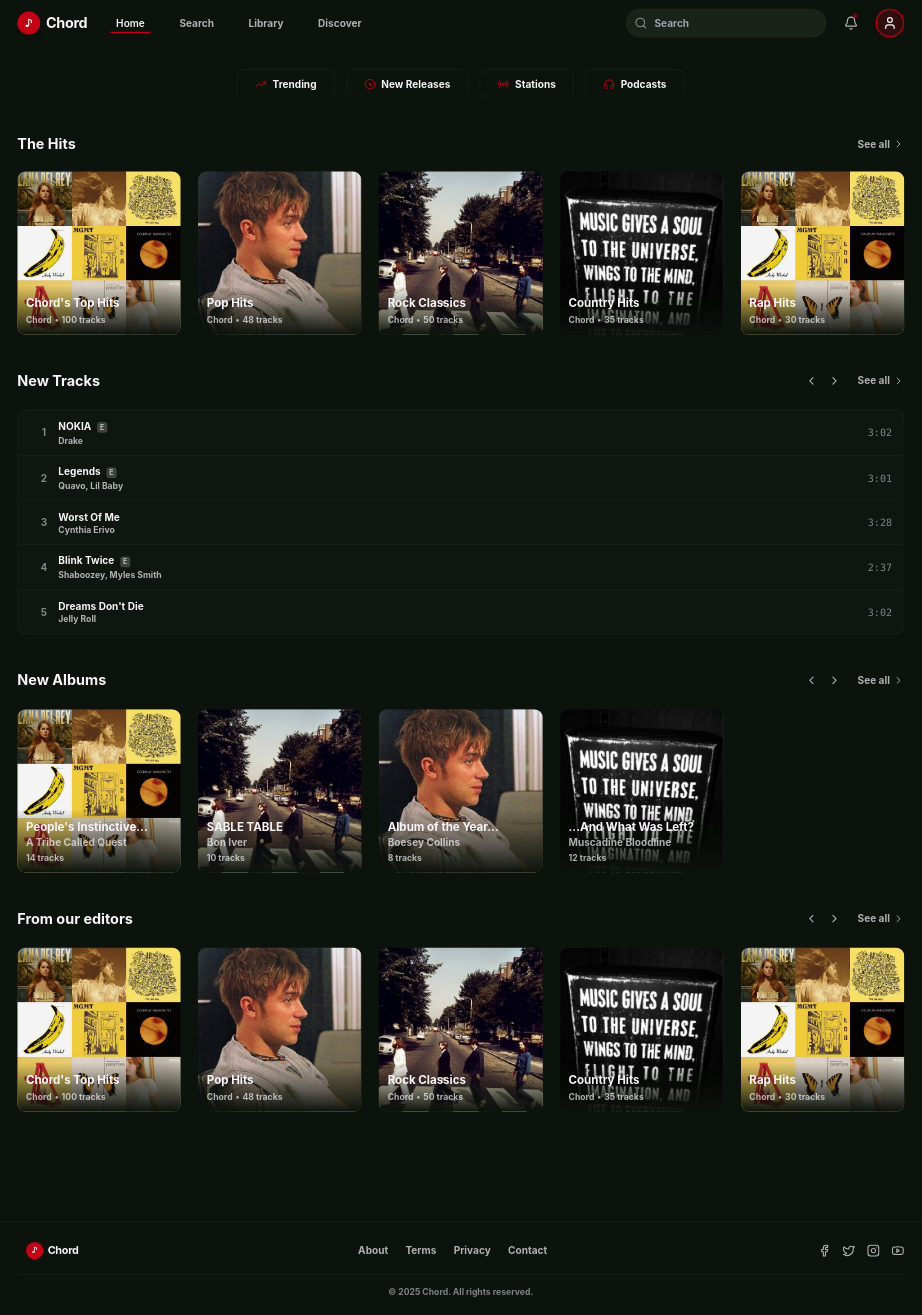
Repository: abhiijay/music-streaming-site
Page: /
These files come from the project's save history. The page is drawn as it stood at one moment and after the next save; the edit follows.
The browser window is 1280 px wide. The pictures show the whole page, at 72% of full size.
The project was rebuilt for these pictures with package versions that can differ from the ones it lists, and the page was loaded fresh each time. Also part of the build but not shown: vite.config.ts, src/components/ui/slider.tsx, src/components/now-playing.tsx, src/components/mini-player.tsx, src/pages/NotFound.tsx, src/hooks/use-toast.ts, src/components/ui/separator.tsx, src/pages/login.tsx and 17 more.

Above is the page before, as saved 2025-04-15 21:21:36.

### index.html
<!DOCTYPE html>
<html lang="en">
  <head>
    <meta charset="UTF-8" />
    <meta name="viewport" content="width=device-width, initial-scale=1.0" />
    <title>chord-blueprint-project</title>
    <meta name="description" content="Lovable Generated Project" />
    <meta name="author" content="Lovable" />

    <meta property="og:title" content="chord-blueprint-project" />
    <meta property="og:description" content="Lovable Generated Project" />
    <meta property="og:type" content="website" />
    <meta property="og:image" content="https://lovable.dev/opengraph-image-p98pqg.png" />

    <meta name="twitter:card" content="summary_large_image" />
    <meta name="twitter:site" content="@lovable_dev" />
    <meta name="twitter:image" content="https://lovable.dev/opengraph-image-p98pqg.png" />
  </head>

  <body>
    <div id="root"></div>
    <!-- IMPORTANT: DO NOT REMOVE THIS SCRIPT TAG OR THIS VERY COMMENT! -->
    <script src="https://cdn.gpteng.co/gptengineer.js" type="module"></script>
    <script type="module" src="/src/main.tsx"></script>
  </body>
</html>

### src/App.tsx

import { Routes, Route } from "react-router-dom";
import Index from "./pages/Index";
import NotFound from "./pages/NotFound";
import Login from "./pages/login";
import Album from "./pages/album";
import Playlist from "./pages/playlist";
import Collection from "./pages/collection";
import ForYou from "./pages/for-you";
import Explore from "./pages/explore";
import Search from "./pages/search";
import Notifications from "./pages/notifications";
import Artist from "./pages/artist";
import Profile from "./pages/profile";
import ViewAllPlaylists from "./pages/view-all-playlists";
import ViewAllAlbums from "./pages/view-all-albums";
import { PlayerProvider } from "./contexts/PlayerContext";
import "./index.css";

function App() {
  return (
    <PlayerProvider>
      <Routes>
        <Route path="/" element={<Index />} />
        <Route path="/login" element={<Login />} />
        <Route path="/album/:id" element={<Album />} />
        <Route path="/playlist/:id" element={<Playlist />} />
        <Route path="/collection" element={<Collection />} />
        <Route path="/collection/playlists" element={<Collection />} />
        <Route path="/collection/favorites" element={<Collection />} />
        <Route path="/for-you" element={<ForYou />} />
        <Route path="/explore" element={<Explore />} />
        <Route path="/search" element={<Search />} />
        <Route path="/notifications" element={<Notifications />} />
        <Route path="/artist/:id" element={<Artist />} />
        <Route path="/profile" element={<Profile />} />
        <Route path="/playlists" element={<ViewAllPlaylists />} />
        <Route path="/albums" element={<ViewAllAlbums />} />
        <Route path="*" element={<NotFound />} />
      </Routes>
    </PlayerProvider>
  );
}

export default App;

### src/index.css

@tailwind base;
@tailwind components;
@tailwind utilities;

@layer base {
  :root {
    /* Dark theme variables based on updated Chord palette */
    --background: #02020B; /* dark black */
    --foreground: #FFFFFF; /* bright white for contrast */

    --accent: #FF9F1C; /* golden-yellow */

    /* UI component variables */
    --card: #02020B;
    --card-foreground: #FFFFFF;

    --popover: #02020B;
    --popover-foreground: #FFFFFF;

    --primary: #FF9F1C;
    --primary-foreground: #02020B;

    --secondary: #1E1E1E;
    --secondary-foreground: #FFFFFF;

    --muted: #1E1E1E;
    --muted-foreground: #B3B3B3;

    --accent-hover: #e68c15;
    --accent-foreground: #02020B;

    --destructive: #FF4C4C;
    --destructive-foreground: #FFFFFF;

    --border: #2A2A2A;
    --input: #2A2A2A;
    --ring: #FF9F1C;

    --radius: 0.75rem;

    /* Chord brand colors */
    --chord-bg: #02020B;
    --chord-yellow: #FF9F1C;
    --chord-text: #FFFFFF;
    --chord-hover: #1A1A1A;
    --chord-active: #FF9F1C;
  }
}

@layer base {
  * {
    @apply border-border;
  }

  body {
    @apply bg-background text-foreground transition-colors duration-500;
    font-feature-settings: "rlig" 1, "calt" 1;
    font-family: 'Inter', -apple-system, BlinkMacSystemFont, 'Segoe UI', Roboto, sans-serif;
    overflow-x: hidden;
    font-weight: 500;
  }

  /* Smooth scrolling */
  html {
    scroll-behavior: smooth;
  }

  /* Button transitions */
  button {
    @apply transition-all duration-200;
  }

  /* Page transitions */
  .page-transition-enter {
    @apply opacity-0;
  }
  .page-transition-enter-active {
    @apply opacity-100 transition-opacity duration-300;
  }
  .page-transition-exit {
    @apply opacity-100;
  }
  .page-transition-exit-active {
    @apply opacity-0 transition-opacity duration-300;
  }

  /* Bold typography */
  h1, h2, h3, h4, h5, h6 {
    @apply font-bold text-[#F8F4F9];
  }

  p, span, a, button, input, textarea {
    @apply font-bold;
  }
}

@layer utilities {
  /* Text colors for Chord */
  .text-chord-text {
    color: #F8F4F9;
  }

  .text-chord-red {
    color: #C20114;
  }

  /* Background colors for Chord */
  .bg-chord-bg {
    background-color: #0C120C;
  }

  .bg-chord-red {
    background-color: #C20114;
  }

  .bg-chord-hover {
    background-color: #1a231a;
  }

  /* Track card hover effects */
  .track-card:hover .play-button {
    opacity: 1;
    transform: translateY(0);
  }

  .playlist-item:hover {
    @apply bg-[#1a231a];
  }

  /* Custom scrollbar */
  .scrollbar-thin {
    scrollbar-width: thin;
  }

  .scrollbar-thin::-webkit-scrollbar {
    width: 4px;
  }

  .scrollbar-thin::-webkit-scrollbar-track {
    background: #1a231a;
  }

  .scrollbar-thin::-webkit-scrollbar-thumb {
    background: #555;
    border-radius: 4px;
  }

  .scrollbar-thin::-webkit-scrollbar-thumb:hover {
    background: #777;
  }

  /* Glassmorphism */
  .glass {
    @apply bg-black/30 backdrop-blur-md border border-white/10;
  }

  .glass-card {
    @apply bg-black/20 backdrop-blur-lg border border-white/10 rounded-2xl shadow-lg;
  }

  /* Hover lift effect with parallax */
  .hover-lift {
    @apply transition-transform duration-300 hover:-translate-y-1 hover:shadow-lg;
  }

  .parallax-effect {
    @apply transition-transform duration-300 transform-gpu;
    transform-style: preserve-3d;
  }

  .parallax-element {
    @apply transition-transform duration-300;
    will-change: transform;
  }

  .parallax-container:hover .parallax-element {
    transform: translateY(-5px) scale(1.02);
  }

  /* Button hover effects */
  .btn-hover-glow {
    @apply transition-all duration-300;
  }

  .btn-hover-glow:hover {
    @apply shadow-[0_0_15px_rgba(194,1,20,0.5)];
  }

  /* Ripple effect */
  .ripple {
    @apply absolute bg-white/30 rounded-full pointer-events-none;
    transform-origin: center;
  }

  /* Waveform animation container */
  .waveform-container {
    @apply flex items-end h-10 gap-[2px];
  }

  .waveform-bar {
    @apply w-1 rounded-sm bg-[#C20114];
    animation: wave 1.2s ease-in-out infinite;
  }

  .waveform-bar:nth-child(2n) {
    animation-delay: 0.2s;
  }

  .waveform-bar:nth-child(3n) {
    animation-delay: 0.4s;
  }

  .waveform-bar:nth-child(4n) {
    animation-delay: 0.6s;
  }

  .waveform-bar:nth-child(5n) {
    animation-delay: 0.8s;
  }

  /* Ambient background effects */
  .ambient-gradient {
    @apply absolute inset-0 opacity-50 pointer-events-none;
    background: radial-gradient(circle at 30% 50%, rgba(194,1,20,0.15) 0%, transparent 70%),
                radial-gradient(circle at 70% 70%, rgba(194,1,20,0.1) 0%, transparent 70%);
    filter: blur(50px);
    z-index: -1;
  }

  /* Dynamic color classes */
  .dynamic-background {
    transition: background-color 0.7s ease-in-out, color 0.7s ease-in-out;
  }

  /* Album cover context-aware text */
  .album-text-shadow {
    text-shadow: 0 1px 3px rgba(0,0,0,0.6);
  }

  /* Tooltip */
  .tooltip {
    @apply invisible absolute bg-[#121d12] text-[#F8F4F9] text-xs py-1 px-2 rounded opacity-0 transition-opacity duration-200 z-50 whitespace-nowrap;
    bottom: 100%;
    left: 50%;
    transform: translateX(-50%);
    margin-bottom: 5px;
  }

  .tooltip::after {
    content: "";
    @apply absolute border-[5px] border-transparent border-t-[#121d12];
    top: 100%;
    left: 50%;
    transform: translateX(-50%);
  }

  .tooltip-container:hover .tooltip {
    @apply visible opacity-100;
  }

  /* Chord-themed action buttons */
  .chord-action-btn {
    @apply transition-all duration-300 rounded-full flex items-center justify-center bg-[#C20114] text-[#F8F4F9] hover:bg-[#9a0110] hover:shadow-[0_0_15px_rgba(194,1,20,0.3)];
  }

  /* Chord secondary buttons */
  .chord-secondary-btn {
    @apply transition-all duration-300 border rounded-full flex items-center justify-center border-white/20 text-[#F8F4F9] hover:border-white hover:bg-white/5;
  }

  /* Theme-specific album card styles */
  .album-card {
    @apply rounded-md overflow-hidden transition-all duration-300 bg-[#121d12]/40 hover:bg-[#121d12]/60 border border-white/5;
  }

  /* Dynamic player background with album colors */
  .player-dynamic-bg {
    @apply bg-opacity-85 backdrop-blur-md transition-colors duration-700 text-[#F8F4F9];
  }

  /* Album art hover effects */
  .album-art-container {
    @apply overflow-hidden rounded-md relative;
  }

  .album-art {
    @apply transition-all duration-300 w-full h-full object-cover;
  }

  .album-art-container:hover .album-art {
    @apply scale-105;
  }

  /* Active navigation indicator */
  .nav-active {
    @apply relative font-semibold text-[#F8F4F9];
  }

  .nav-active::after {
    content: '';
    @apply absolute bottom-0 left-0 w-full h-0.5 bg-[#C20114] rounded-full;
  }

  /* Profile icon */
  .profile-icon {
    @apply rounded-full border-2 border-[#C20114]/80 shadow-sm hover:shadow-[#C20114]/30 transition-all duration-300;
  }

  @keyframes pulse {
    0% { opacity: 0.6; transform: translate(-50%, 0) scale(0.8); }
    50% { opacity: 1; transform: translate(-50%, 0) scale(1.2); }
    100% { opacity: 0.6; transform: translate(-50%, 0) scale(0.8); }
  }
}

/* Add Inter font */
@import url('https://fonts.googleapis.com/css2?family=Inter:wght@400;500;600;700&display=swap');

### src/components/layout.tsx

import { ReactNode, useState, useEffect } from "react";
import Header from "./header";
import NowPlaying from "./now-playing";
import { cn } from "@/lib/utils";
import MiniPlayer from "./mini-player";
import AmbientBackground from "./ambient-background";
import { Toaster } from "sonner";
import RippleEffect from "./ripple-effect";
import Footer from "./footer";
import { extractDominantColor } from "@/utils/colorUtils";
import { usePlayer } from "@/contexts/PlayerContext";
import { useLocation } from "react-router-dom";

interface LayoutProps {
  children: ReactNode;
  pageColor?: string; // For page-specific theming
}

const Layout = ({ children, pageColor }: LayoutProps) => {
  const [isScrolled, setIsScrolled] = useState(false);
  const [showMiniPlayer, setShowMiniPlayer] = useState(false);
  const [dominantColor, setDominantColor] = useState<string | undefined>(pageColor);
  const { currentSong } = usePlayer();
  const location = useLocation();
  const isHomePage = location.pathname === "/";

  // Extract dominant color from current song if available
  useEffect(() => {
    if (currentSong?.imageUrl) {
      extractDominantColor(currentSong.imageUrl)
        .then(color => {
          setDominantColor(color);
        })
        .catch(err => {
          console.error("Error extracting color:", err);
        });
    } else if (pageColor) {
      setDominantColor(pageColor);
    }
  }, [currentSong, pageColor]);

  useEffect(() => {
    const handleScroll = () => {
      if (window.scrollY > 300) {
        setShowMiniPlayer(true);
        setIsScrolled(true);
      } else {
        setShowMiniPlayer(false);
        setIsScrolled(false);
      }
    };

    window.addEventListener("scroll", handleScroll);
    return () => window.removeEventListener("scroll", handleScroll);
  }, []);

  return (
    <div className="min-h-screen text-chord-text flex flex-col bg-chord-bg">
      {/* Ambient background with enhanced visuals */}
      <AmbientBackground accentColor={dominantColor} />

      {/* Ripple effect for buttons */}
      <RippleEffect color="rgba(194, 1, 20, 0.3)" />

      {/* Toast notifications */}
      <Toaster
        position="top-right"
        closeButton
        className="z-[100]"
      />

      {/* Header */}
      <Header isScrolled={isScrolled} />

      {/* Main content */}
      <main className="pt-16 pb-20 transition-all duration-300 flex-grow">
        <div className="container mx-auto py-6 px-6 animate-fade-in">
          {children}
        </div>
      </main>

      {/* Footer */}
      <Footer />

      {/* Fixed mini player */}
      {showMiniPlayer && <MiniPlayer />}

      {/* Main player */}
      <NowPlaying dominantColor={dominantColor} />
    </div>
  );
};

export default Layout;

### src/components/section-header.tsx

import { Link } from "react-router-dom";
import { ChevronRight, ChevronLeft, ChevronRightIcon } from "lucide-react";
import { cn } from "@/lib/utils";

interface SectionHeaderProps {
  title: string;
  seeAllLink?: string;
  showControls?: boolean;
  className?: string;
}

const SectionHeader = ({
  title,
  seeAllLink,
  showControls = false,
  className,
}: SectionHeaderProps) => {
  return (
    <div
      className={cn(
        "flex items-center justify-between mb-6",
        className
      )}
    >
      <h2 className="text-lg md:text-xl font-bold text-chord-text">
        {title}
      </h2>

      <div className="flex items-center">
        {showControls && (
          <div className="hidden md:flex items-center mr-4">
            <button
              className="w-8 h-8 rounded-full flex items-center justify-center text-chord-text/70 hover:text-chord-text hover:bg-white/5 transition-all duration-200"
              aria-label="Previous"
            >
              <ChevronLeft size={18} />
            </button>
            <button
              className="w-8 h-8 rounded-full flex items-center justify-center text-chord-text/70 hover:text-chord-text hover:bg-white/5 transition-all duration-200"
              aria-label="Next"
            >
              <ChevronRight size={18} />
            </button>
          </div>
        )}

        {seeAllLink && (
          <Link
            to={seeAllLink}
            className="text-sm font-bold text-chord-text/70 hover:text-chord-red flex items-center transition-colors duration-200"
          >
            See all
            <ChevronRightIcon size={16} className="ml-1" />
          </Link>
        )}
      </div>
    </div>
  );
};

export default SectionHeader;

### src/components/ui/button.tsx
import * as React from "react"
import { Slot } from "@radix-ui/react-slot"
import { cva, type VariantProps } from "class-variance-authority"

import { cn } from "@/lib/utils"

const buttonVariants = cva(
  "inline-flex items-center justify-center gap-2 whitespace-nowrap rounded-md text-sm font-medium ring-offset-background transition-colors focus-visible:outline-none focus-visible:ring-2 focus-visible:ring-ring focus-visible:ring-offset-2 disabled:pointer-events-none disabled:opacity-50 [&_svg]:pointer-events-none [&_svg]:size-4 [&_svg]:shrink-0",
  {
    variants: {
      variant: {
        default: "bg-primary text-primary-foreground hover:bg-primary/90",
        destructive:
          "bg-destructive text-destructive-foreground hover:bg-destructive/90",
        outline:
          "border border-input bg-background hover:bg-accent hover:text-accent-foreground",
        secondary:
          "bg-secondary text-secondary-foreground hover:bg-secondary/80",
        ghost: "hover:bg-accent hover:text-accent-foreground",
        link: "text-primary underline-offset-4 hover:underline",
      },
      size: {
        default: "h-10 px-4 py-2",
        sm: "h-9 rounded-md px-3",
        lg: "h-11 rounded-md px-8",
        icon: "h-10 w-10",
      },
    },
    defaultVariants: {
      variant: "default",
      size: "default",
    },
  }
)

export interface ButtonProps
  extends React.ButtonHTMLAttributes<HTMLButtonElement>,
    VariantProps<typeof buttonVariants> {
  asChild?: boolean
}

const Button = React.forwardRef<HTMLButtonElement, ButtonProps>(
  ({ className, variant, size, asChild = false, ...props }, ref) => {
    const Comp = asChild ? Slot : "button"
    return (
      <Comp
        className={cn(buttonVariants({ variant, size, className }))}
        ref={ref}
        {...props}
      />
    )
  }
)
Button.displayName = "Button"

export { Button, buttonVariants }

### src/components/app-logo.tsx

import { cn } from "@/lib/utils";

interface AppLogoProps {
  size?: "small" | "medium" | "large";
  className?: string;
}

const AppLogo = ({ size = "medium", className }: AppLogoProps) => {
  return (
    <div className={cn(
      "flex items-center",
      size === "small" && "scale-75",
      size === "large" && "scale-125",
      className
    )}>
      <div className="flex items-center">
        <div className="w-8 h-8 bg-chord-red rounded-full flex items-center justify-center mr-2">
          <span className="text-chord-text font-bold text-sm">♪</span>
        </div>
        <span className="text-chord-text font-bold text-xl tracking-tight">Chord</span>
      </div>
    </div>
  );
};

export default AppLogo;

### src/components/ripple-effect.tsx

import { useEffect, useState } from "react";

interface RippleEffectProps {
  color?: string;
  duration?: number;
}

interface Ripple {
  x: number;
  y: number;
  size: number;
  id: number;
}

export const RippleEffect = ({ color = "rgba(255, 255, 255, 0.3)", duration = 600 }: RippleEffectProps) => {
  const [ripples, setRipples] = useState<Ripple[]>([]);

  useEffect(() => {
    const element = document.documentElement;
    let rippleCount = 0;

    const createRipple = (e: MouseEvent) => {
      // Only create ripple on buttons, links, and elements with ripple class
      const target = e.target as HTMLElement;

      if (
        target.tagName === "BUTTON" ||
        target.tagName === "A" ||
        target.classList.contains("ripple-effect") ||
        target.closest(".btn") ||
        target.closest(".ripple-effect")
      ) {
        // Get element position
        const rect = (e.currentTarget as HTMLElement).getBoundingClientRect();
        const x = e.clientX - rect.left;
        const y = e.clientY - rect.top;

        // Determine ripple size based on element's diagonal
        const size = Math.max(rect.width, rect.height) * 2;

        // Create new ripple
        const newRipple: Ripple = {
          x,
          y,
          size,
          id: rippleCount++
        };

        setRipples(prevRipples => [...prevRipples, newRipple]);

        // Remove ripple after animation
        setTimeout(() => {
          setRipples(prevRipples => prevRipples.filter(r => r.id !== newRipple.id));
        }, duration);
      }
    };

    // Add click listener to document
    document.addEventListener('mousedown', createRipple);

    return () => {
      document.removeEventListener('mousedown', createRipple);
    };
  }, [duration, color]);

  return (
    <>
      {ripples.map(ripple => (
        <span
          key={ripple.id}
          className="ripple absolute pointer-events-none rounded-full"
          style={{
            left: ripple.x - ripple.size / 2 + 'px',
            top: ripple.y - ripple.size / 2 + 'px',
            width: ripple.size + 'px',
            height: ripple.size + 'px',
            backgroundColor: color,
            animationDuration: duration + 'ms'
          }}
        />
      ))}
    </>
  );
};

export default RippleEffect;

### src/components/ui/tooltip.tsx

import * as React from "react";
import * as TooltipPrimitive from "@radix-ui/react-tooltip";

import { cn } from "@/lib/utils";

const TooltipProvider = TooltipPrimitive.Provider;

const Tooltip = TooltipPrimitive.Root;

const TooltipTrigger = TooltipPrimitive.Trigger;

const TooltipContent = React.forwardRef<
  React.ElementRef<typeof TooltipPrimitive.Content>,
  React.ComponentPropsWithoutRef<typeof TooltipPrimitive.Content>
>(({ className, sideOffset = 4, ...props }, ref) => (
  <TooltipPrimitive.Content
    ref={ref}
    sideOffset={sideOffset}
    className={cn(
      "z-50 overflow-hidden rounded-md bg-chord-gray px-3 py-1.5 text-xs text-white animate-in fade-in-0 zoom-in-95 data-[state=closed]:animate-out data-[state=closed]:fade-out-0 data-[state=closed]:zoom-out-95 data-[side=bottom]:slide-in-from-top-2 data-[side=left]:slide-in-from-right-2 data-[side=right]:slide-in-from-left-2 data-[side=top]:slide-in-from-bottom-2",
      className
    )}
    {...props}
  />
));
TooltipContent.displayName = TooltipPrimitive.Content.displayName;

export { Tooltip, TooltipTrigger, TooltipContent, TooltipProvider };

Loaded but not shown: src/main.tsx (common file); src/lib/utils.ts (common file); src/utils/colorUtils.ts (345 lines, source omitted); src/contexts/PlayerContext.tsx (346 lines, source omitted); src/components/ui/dropdown-menu.tsx (198 lines, source omitted); src/components/header.tsx (184 lines, source omitted); src/pages/Index.tsx (183 lines, source omitted); tailwind.config.ts (185 lines, source omitted); src/components/ambient-background.tsx (136 lines, source omitted); src/components/track-item.tsx (133 lines, source omitted); src/components/playlist-card.tsx (98 lines, source omitted); src/components/footer.tsx (80 lines, source omitted)

After the next save:
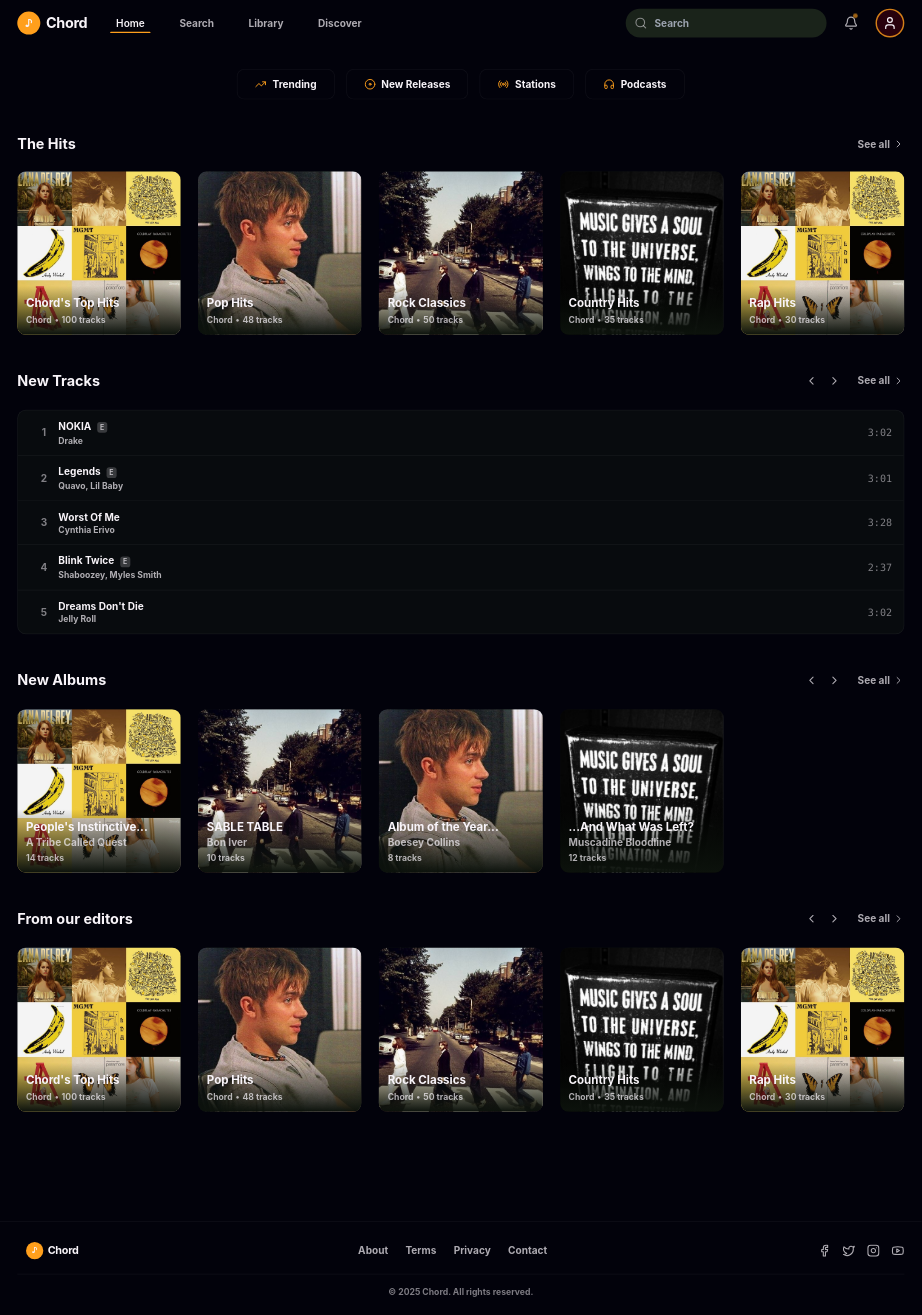
Saved 96 s later.
--- a/src/index.css
+++ b/src/index.css
@@ -102,16 +102,16 @@
   }
 
   .text-chord-red {
-    color: #C20114;
+    color: #FF9F1C;
   }
 
   /* Background colors for Chord */
   .bg-chord-bg {
-    background-color: #0C120C;
+    background-color: #02020B;
   }
 
   .bg-chord-red {
-    background-color: #C20114;
+    background-color: #FF9F1C;
   }
 
   .bg-chord-hover {
@@ -199,7 +199,7 @@
   }
 
   .waveform-bar {
-    @apply w-1 rounded-sm bg-[#C20114];
+    @apply w-1 rounded-sm bg-[#FF9F1C];
     animation: wave 1.2s ease-in-out infinite;
   }
 
@@ -299,12 +299,12 @@
 
   .nav-active::after {
     content: '';
-    @apply absolute bottom-0 left-0 w-full h-0.5 bg-[#C20114] rounded-full;
+    @apply absolute bottom-0 left-0 w-full h-0.5 bg-[#FF9F1C] rounded-full;
   }
 
   /* Profile icon */
   .profile-icon {
-    @apply rounded-full border-2 border-[#C20114]/80 shadow-sm hover:shadow-[#C20114]/30 transition-all duration-300;
+    @apply rounded-full border-2 border-[#FF9F1C]/80 shadow-sm hover:shadow-[#C20114]/30 transition-all duration-300;
   }
 
   @keyframes pulse {
